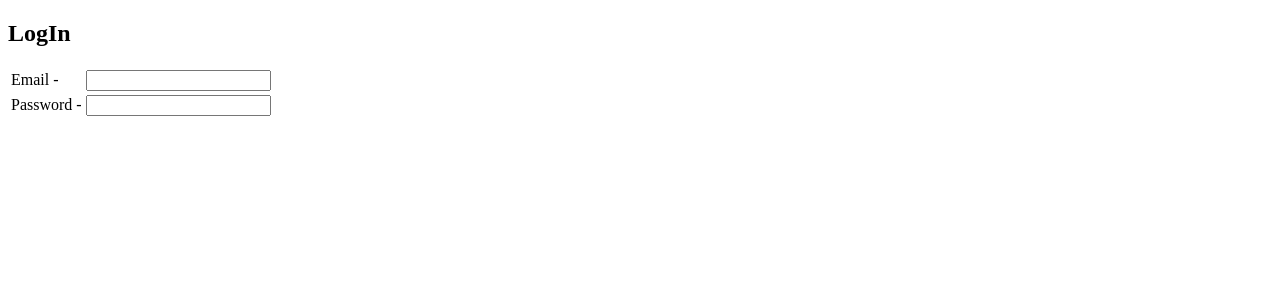
Repository: Krushna26nk/WebApplication
Page: http://localhost/Application/Login.jsp
An editor plug-in stored every save of this project. The page is shown before and after the next save, followed by the edit.
The browser window is 1280 px wide. The pictures show the whole page.
The page is served by Tomcat 9.

Above is the page before, as saved 2019-05-31 09:24:13.

After the next save:
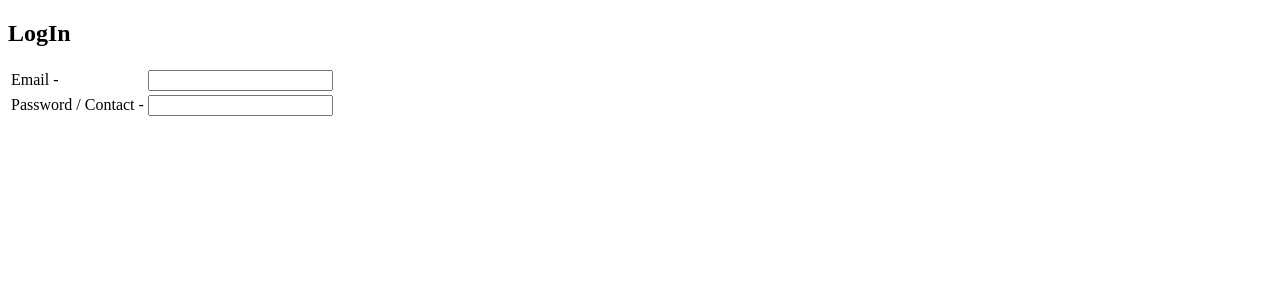
Saved 51 s later.
--- a/web/Application/WebContent/Login.jsp
+++ b/web/Application/WebContent/Login.jsp
@@ -19,7 +19,7 @@
 			</tr>
 
 			<tr>
-				<td> Password - </td>
+				<td> Password / Contact - </td>
 				<td> <input type="password" name="pass"> </td>
 			</tr>
 		</table>
